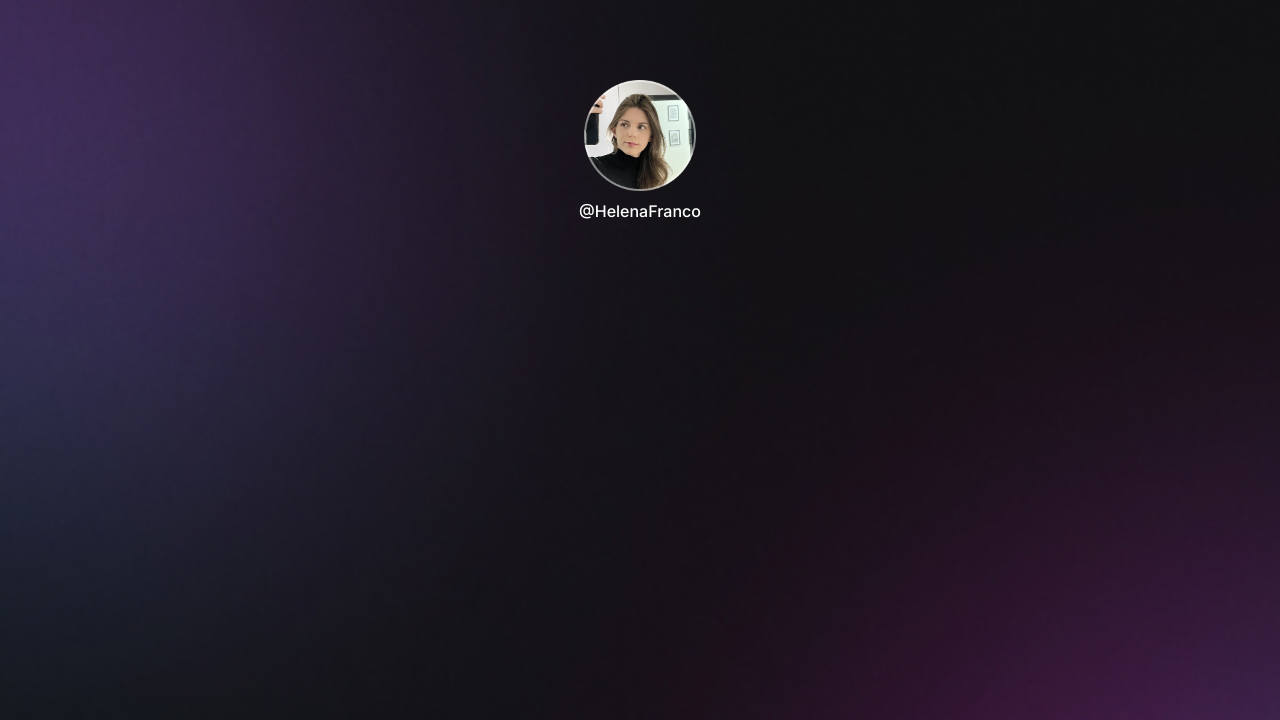
Repository: Fr4nc021/Pagina-de-links-
Page: index.html
The author's editor kept a copy of each file at every save. The page is drawn from the files as they stood at one save, then again after the next save.
The browser window is 1280 px wide. The pictures show the whole page.

Above is the page before, as saved 2025-02-07 17:13:06.

### index.html
<!DOCTYPE html>
<html lang="pt-br">
<head>
    <link rel="preconnect" href="https://fonts.googleapis.com">
    <link rel="preconnect" href="https://fonts.gstatic.com" crossorigin>
    <link href="https://fonts.googleapis.com/css2?family=Inter:ital,opsz,wght@0,14..32,100..900;1,14..32,100..900&display=swap" rel="stylesheet">
    <meta charset="UTF-8">
    <meta name="viewport" content="width=device-width, initial-scale=1.0">
    <title>DevLinks</title>
    <link rel="stylesheet" href="style.css">
</head>
<body>
    <div id="container">
    <div id="profile">
        <img
        src="./assets/avatar.png"
        alt="Foto da Helena Franco sorrindo">
        <p>@HelenaFranco</p>
    </div>
    </div>
</body>
</html>

### style.css
* {
    margin: 0%;
    padding: 0%;
    box-sizing: border-box;
}


body {
background: url(./assets/bg-mobile.jpg) no-repeat top center/cover;
}

body * {
        font-family: "Inter", sans-serif;
        color: #ffffff
      }

#container {
    width: 360px;
    margin: 56px auto 0px
}

#profile img {
    width: 112px;
    display: block;
    margin: auto;

}

#profile {
    text-align: center;
    padding: 24px;
}

#profile p {
    font-weight: 500;
    line-height: 24px;
    margin-top: 8px;
}

After the next save:
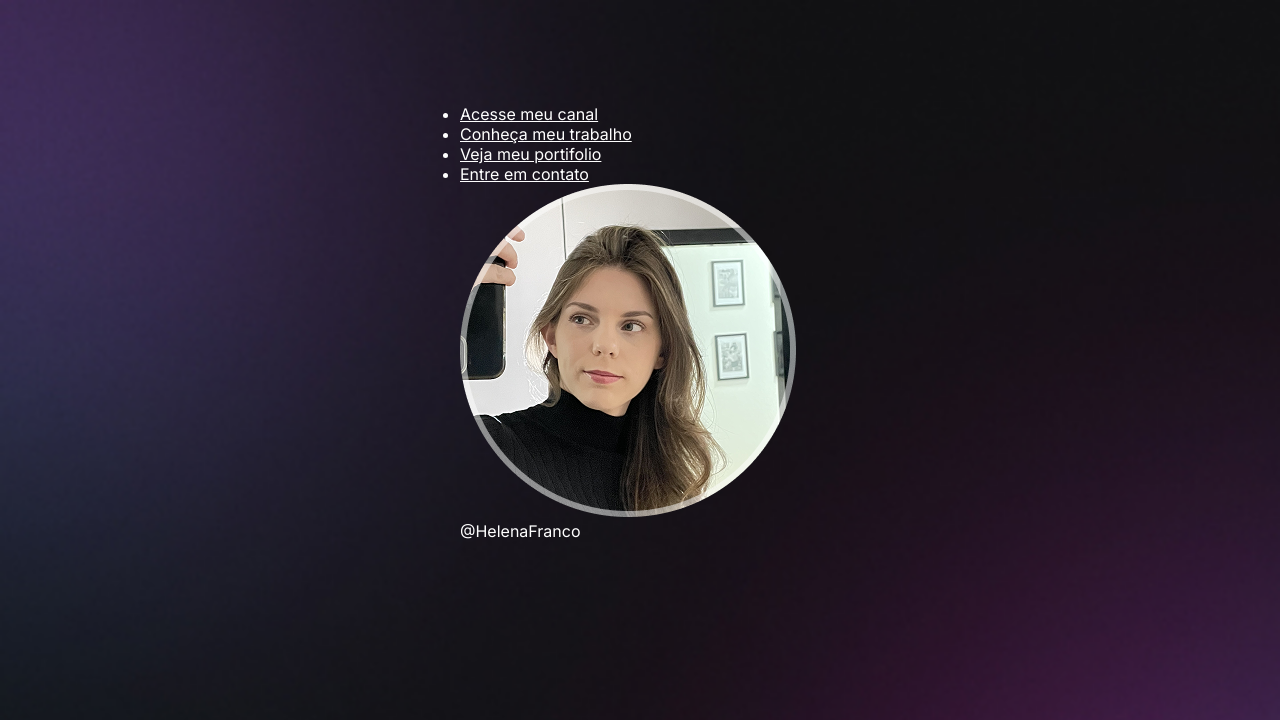
Saved 16 min 18 s later.
--- a/index.html
+++ b/index.html
@@ -11,7 +11,23 @@
 </head>
 <body>
     <div id="container">
-    <div id="profile">
+    <div id="profile"></div>
+    <div>
+        <ul>
+            <li>
+                <a href="#">Acesse meu canal</a>
+            </li>
+            <li>
+                <a href="#">Conheça meu trabalho</a>
+            </li>
+            <li>
+                <a href="#">Veja meu portifolio</a>
+            </li>
+            <li>
+                <a href="#">Entre em contato</a>
+            </li>
+        </ul>
+    </div>
         <img
         src="./assets/avatar.png"
         alt="Foto da Helena Franco sorrindo">
